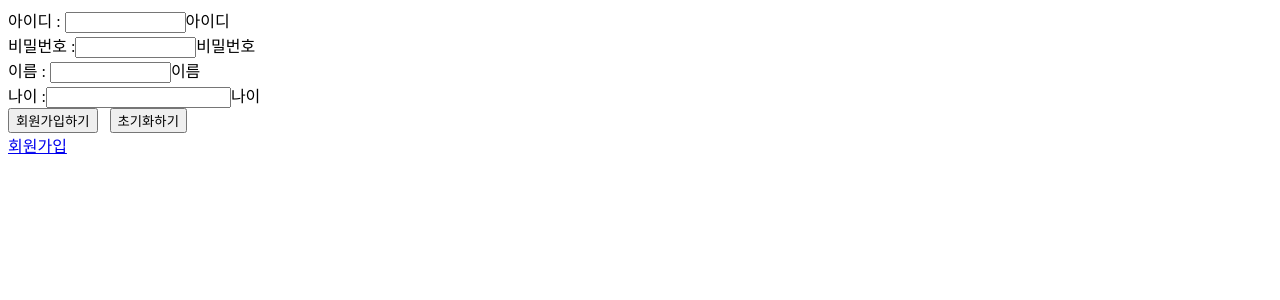
Repository: lee-ruru/jsp_practice
Page: http://localhost/JSPBasic/JspObject/1.requests/req_join_form.jsp
These files come from the project's save history. The page is drawn as it stood at one moment and after the next save; the edit follows.
The browser window is 1280 px wide. The pictures show the whole page.
The page is served by Tomcat 9.

Above is the page before, as saved 2022-02-04 02:26:05.

After the next save:
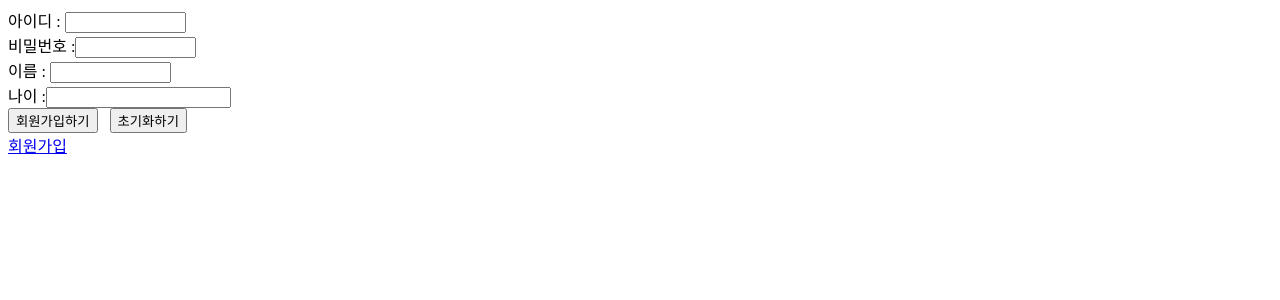
Saved 81 s later.
--- a/JSPBasic/src/main/webapp/JspObject/1.requests/req_join_form.jsp
+++ b/JSPBasic/src/main/webapp/JspObject/1.requests/req_join_form.jsp
@@ -8,10 +8,10 @@
 </head>
 <body>
 	<form action = "req_join_result.jsp" method="post">
-	아이디 : <input type = "text" name = "id" size="12px"/>아이디 <br/>
-	비밀번호 :<input type = "password" name = "pw" size="12px"/>비밀번호 <br/>
-	이름 : <input type = "text" name = "name" size="12px"/>이름<br/>
-	나이 :<input type = "number" name = "age" size="12px"/>나이<br/>
+	아이디 : <input type="text" name="id" size="12px"/><br/>
+	비밀번호 :<input type="password" name="pw" size="12px"/><br/>
+	이름 : <input type="text" name="name" size="12px"/><br/>
+	나이 :<input type="number" name="age" size="12px"/><br/>
 
 	<input type = "submit" value="회원가입하기"/> &nbsp;
 	<input type = "reset" value = "초기화하기"/>
